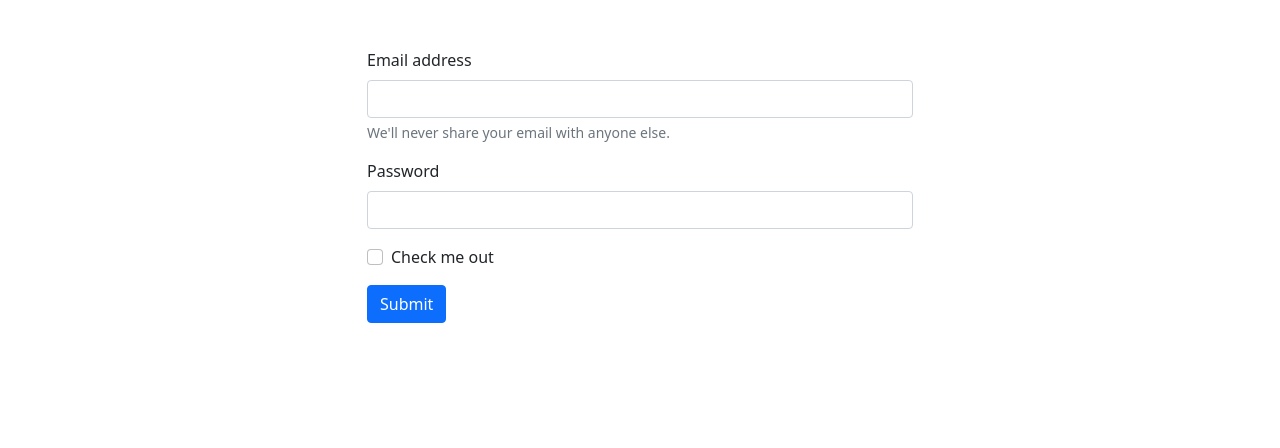
Repository: AmitKumarBhagat1/Spring-SpringBoot
Page: http://localhost/form
These files come from the project's save history. The page is drawn as it stood at one moment and after the next save; the edit follows.
The browser window is 1280 px wide. The pictures show the whole page.
The page is this project's Thymeleaf template; nobody is signed in. The template is opened directly, without the code that normally fills it, so the values that code supplies are empty.

Above is the page before, as saved 2024-07-04 17:06:57.

After the next save:
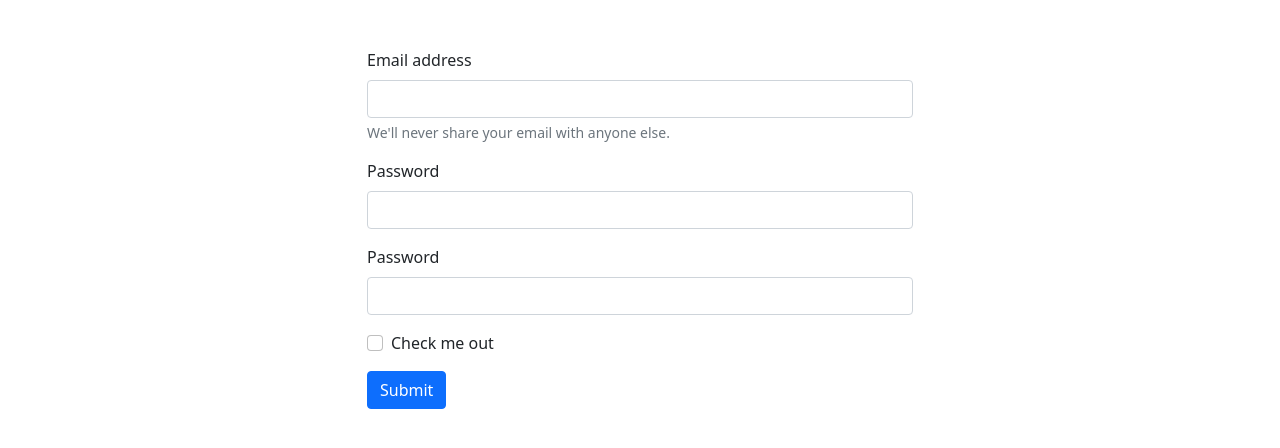
Saved 5 min 59 s later.
--- a/springvalidation/src/main/resources/templates/form.html
+++ b/springvalidation/src/main/resources/templates/form.html
@@ -16,17 +16,24 @@
 				<form>
 					  <div class="mb-3">
 					    <label for="exampleInputEmail1" class="form-label">Email address</label>
-					    <input type="email" class="form-control" id="exampleInputEmail1" aria-describedby="emailHelp">
+					    <input type="text" name="userName" class="form-control" id="exampleInputEmail1" aria-describedby="emailHelp">
 					    <div id="emailHelp" class="form-text">We'll never share your email with anyone else.</div>
 					  </div>
+
 					  <div class="mb-3">
 					    <label for="exampleInputPassword1" class="form-label">Password</label>
-					    <input type="password" class="form-control" id="exampleInputPassword1">
+					    <input type="email" name="email" class="form-control" id="exampleInputPassword1">
 					  </div>
+					    <div class="mb-3">
+					    <label for="exampleInputPassword1" class="form-label">Password</label>
+					    <input type="text" name="mobile" class="form-control" id="exampleInputPassword1">
+					  </div>
+
 					  <div class="mb-3 form-check">
 					    <input type="checkbox" class="form-check-input" id="exampleCheck1">
 					    <label class="form-check-label" for="exampleCheck1">Check me out</label>
 					  </div>
+
 					  <button type="submit" class="btn btn-primary">Submit</button>
 				</form>
 
